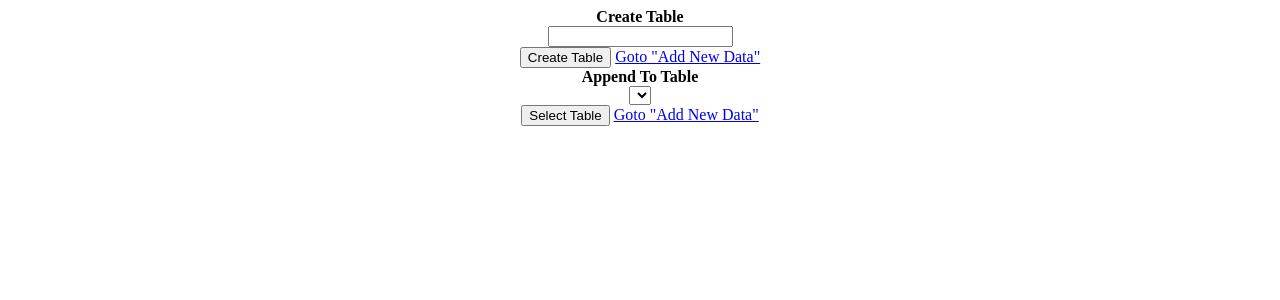
Repository: kemiporto/cmpe272-group12
Page: http://localhost/ESPAWSProject/createTable.jsp
These files come from the project's save history. The page is drawn as it stood at one moment and after the next save; the edit follows.
The browser window is 1280 px wide. The pictures show the whole page.
The page is served by Tomcat 9. Other server files are loaded and not shown.

Above is the page before, as saved 2014-04-18 05:22:00.

### AWS/ESPAWSProject/WebContent/createTable.jsp
<html>
<head>
    <title>Create Table</title>
  </head>

<body>
	<div>
		<div style="font-weight:bold;text-align:center">Create Table</div>

		<div style="text-align:center"><input type="text" vaue="Table Name"/></div>
		<div style="text-align:center"><input type="button" value="Create Table"/>
		<a href="Add New Data.html">Goto "Add New Data"</a>
		</div>

		<div style="font-weight:bold;text-align:center">Append To Table</div>
		<div style="text-align:center">
		<select >
		<option value="Table Name"></option>
		</select>
		</div>
		<div style="text-align:center"><input type="button" value="Select Table"/>
		<a href=”Add New Data.html">Goto "Add New Data"</a>
		</div>

	</div>
</body>
</html>

After the next save:
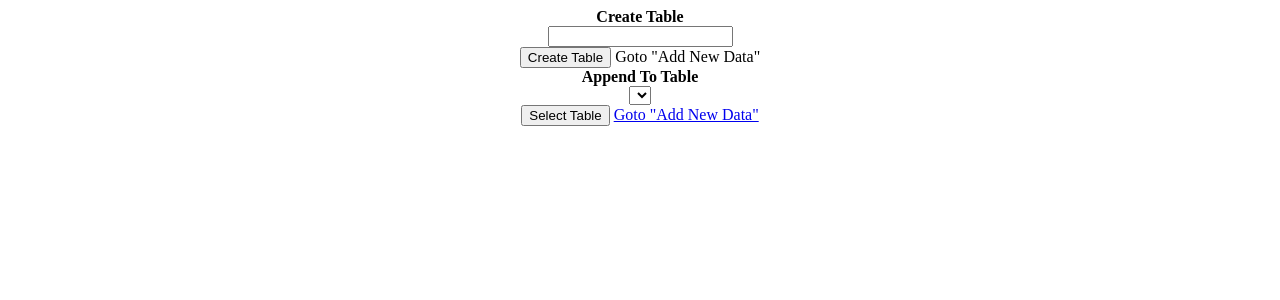
Saved 30 s later.
--- a/AWS/ESPAWSProject/WebContent/createTable.jsp
+++ b/AWS/ESPAWSProject/WebContent/createTable.jsp
@@ -9,7 +9,7 @@
 
 		<div style="text-align:center"><input type="text" vaue="Table Name"/></div>
 		<div style="text-align:center"><input type="button" value="Create Table"/>
-		<a href="Add New Data.html">Goto "Add New Data"</a>
+		Goto "Add New Data"
 		</div>
 
 		<div style="font-weight:bold;text-align:center">Append To Table</div>
